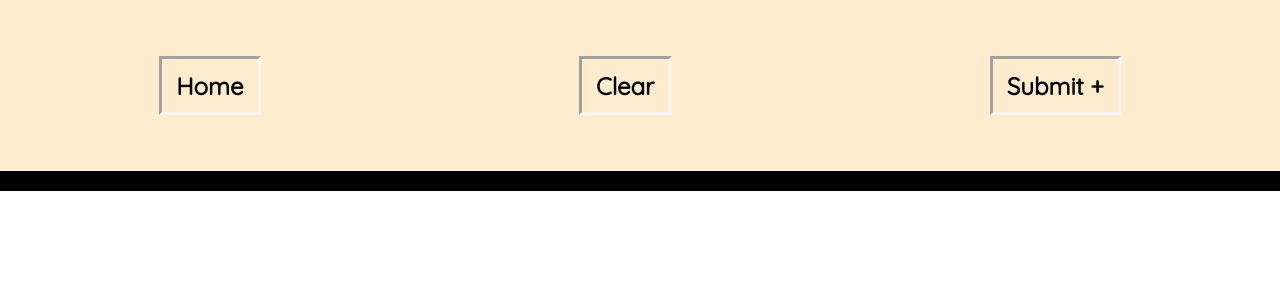
Repository: rickypcyt/WebMural
Page: /
These files come from the project's save history. The page is drawn as it stood at one moment and after the next save; the edit follows.
The browser window is 1280 px wide. The pictures show the whole page.
The project was rebuilt for these pictures with package versions that can differ from the ones it lists, and the page was loaded fresh each time.

Above is the page before, as saved 2022-09-12 13:33:12.

After the next save:
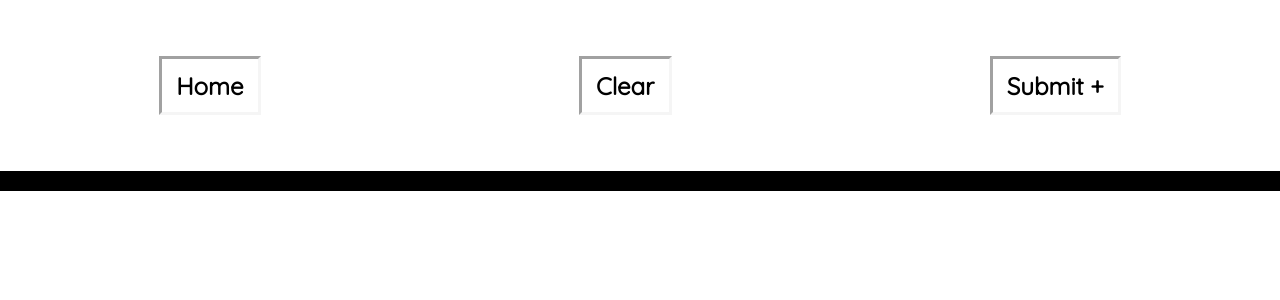
Saved 7 s later.
--- a/src/index.css
+++ b/src/index.css
@@ -86,7 +86,7 @@ ol {
 .cabeceranavi {
   padding-bottom: 3%;
   padding-top: 3%;
-  background-color: blanchedalmond;
+  background-color: white;
 }
 p {
   font-weight: bold;
